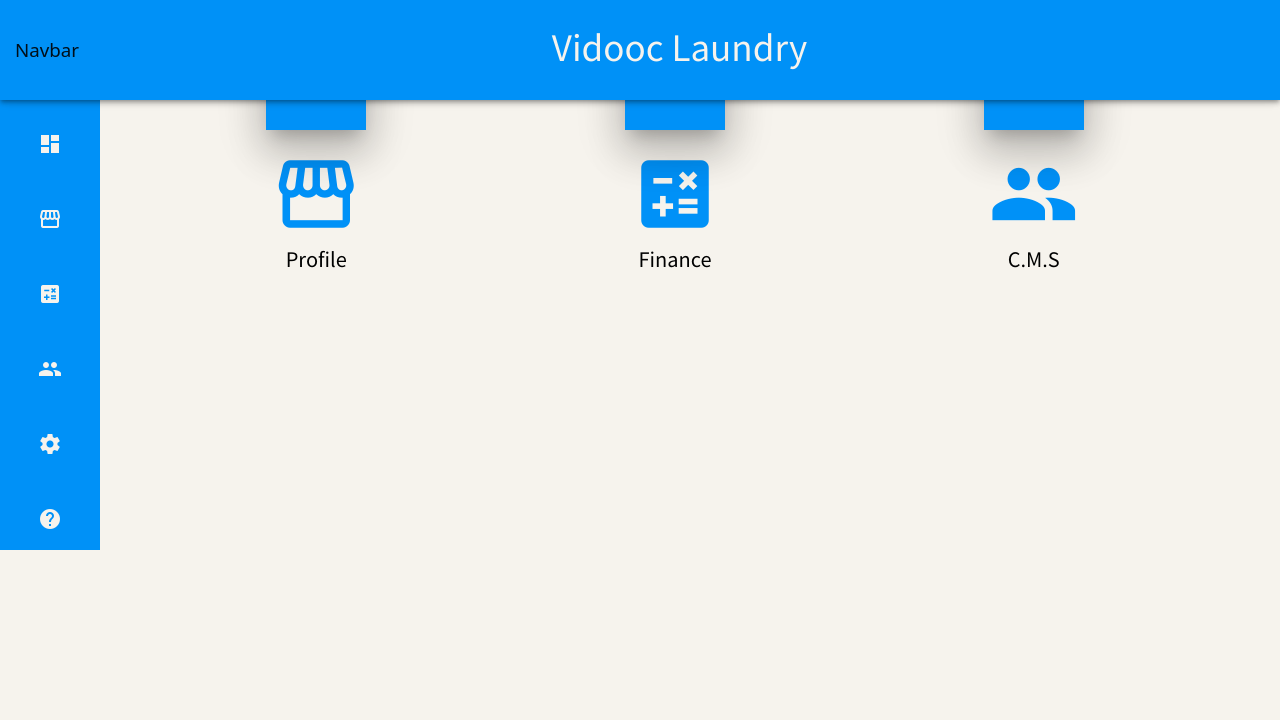
Repository: latenightsnacc/AllinOne
Page: Design/dashboard.html
These files come from the project's save history. The page is drawn as it stood at one moment and after the next save; the edit follows.
The browser window is 1280 px wide. The pictures show the whole page.
The style sheet was rebuilt from its Sass, Less or Tailwind sources for each picture, by a compiler version that may differ from the author's.

Above is the page before, as saved 2020-09-17 09:17:20.

After the next save:
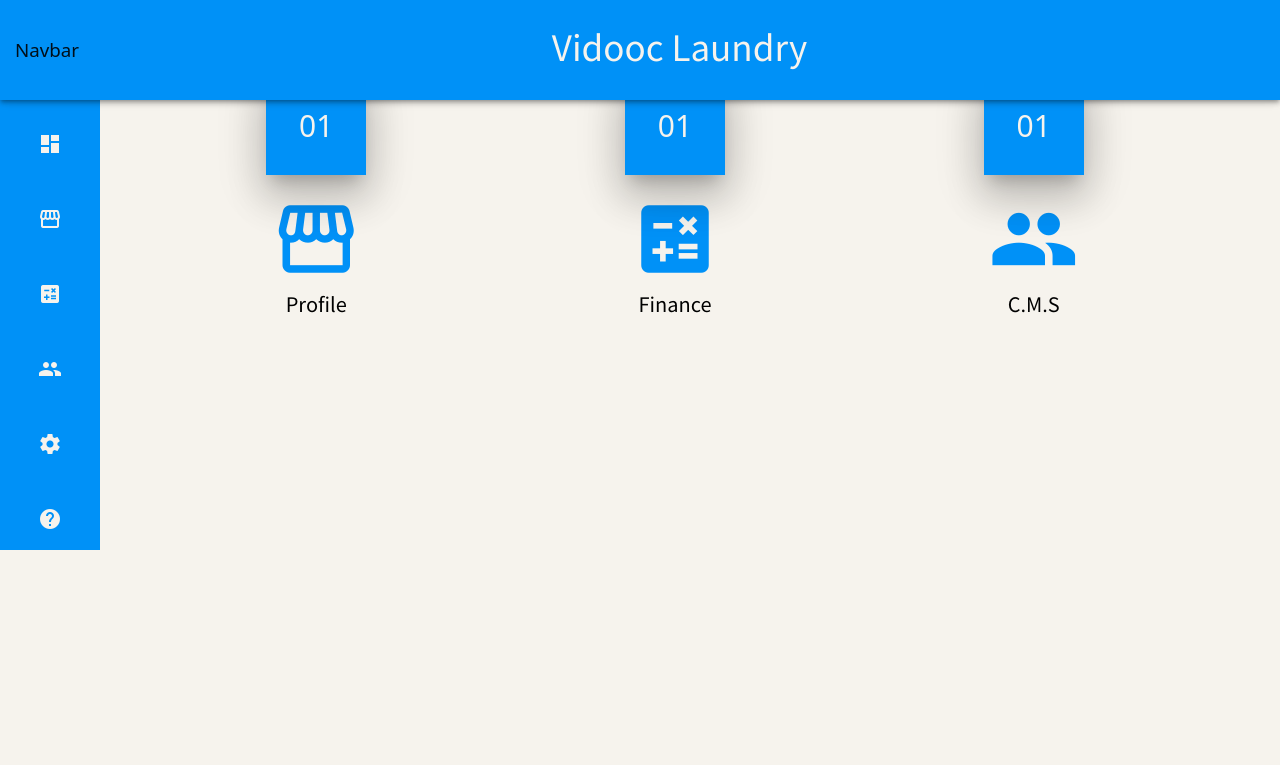
Saved 45 s later.
--- a/Design/dashboard.html
+++ b/Design/dashboard.html
@@ -22,16 +22,7 @@
             </div>
         </div>
     </nav>
-    <!-- <div class="navbar-fixed">
-        <nav>
-          <div class="nav-wrapper">
-            <a href="#!" class="brand-logo">Logo</a>
-            <ul class="right">
-              <li><a href="index.html">Vidooc Laundry & Drycleaning Services</a></li>
-            </ul>
-          </div>
-        </nav>
-    </div> -->
+
     <!--Sidebar-->
     <div class="side-bar">
         <ul>
@@ -69,14 +60,9 @@
         </ul>
     </div>
 
-    <div class="wrapper" >
+    <div class="wrapper mt-5" >
         <div class="content ">
-            <!-- <div class="container">
-                <div class="welcome-box py-5 text-center">
-                    <h1 class="biz-title">Vidooc Laundry</h1>
-                </div>
-            </div> -->
-            <!--Row-->
+
             <div class="container">
                 <div class="row ml-5  py-5">
                     <div class="col-xs-12 col-sm-12 col-md-4 col-lg-4 col-xl-4 col-xxl-4">
